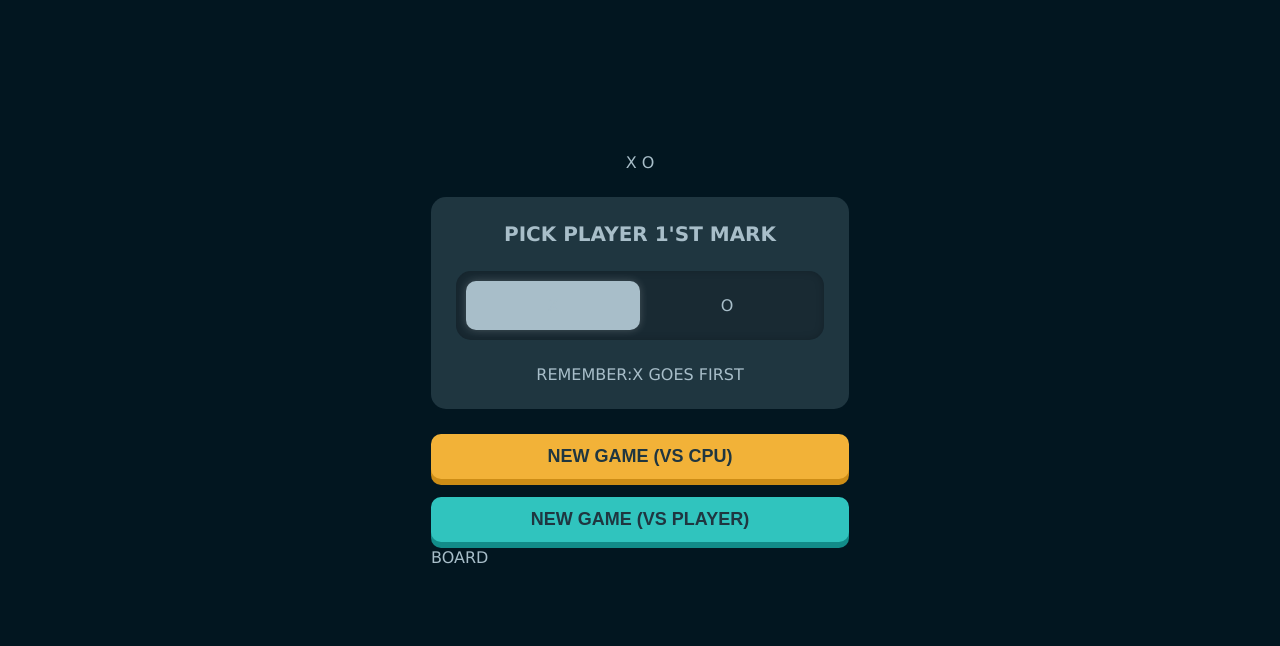
Repository: SD-Mdouka/XO_GAME
Page: /
The author's editor kept a copy of each file at every save. The page is drawn from the files as they stood at one save, then again after the next save.
The browser window is 1280 px wide. The pictures show the whole page.
The project was rebuilt for these pictures with package versions that can differ from the ones it lists, and the page was loaded fresh each time.

Above is the page before, as saved 2022-08-29 15:10:35.

After the next save:
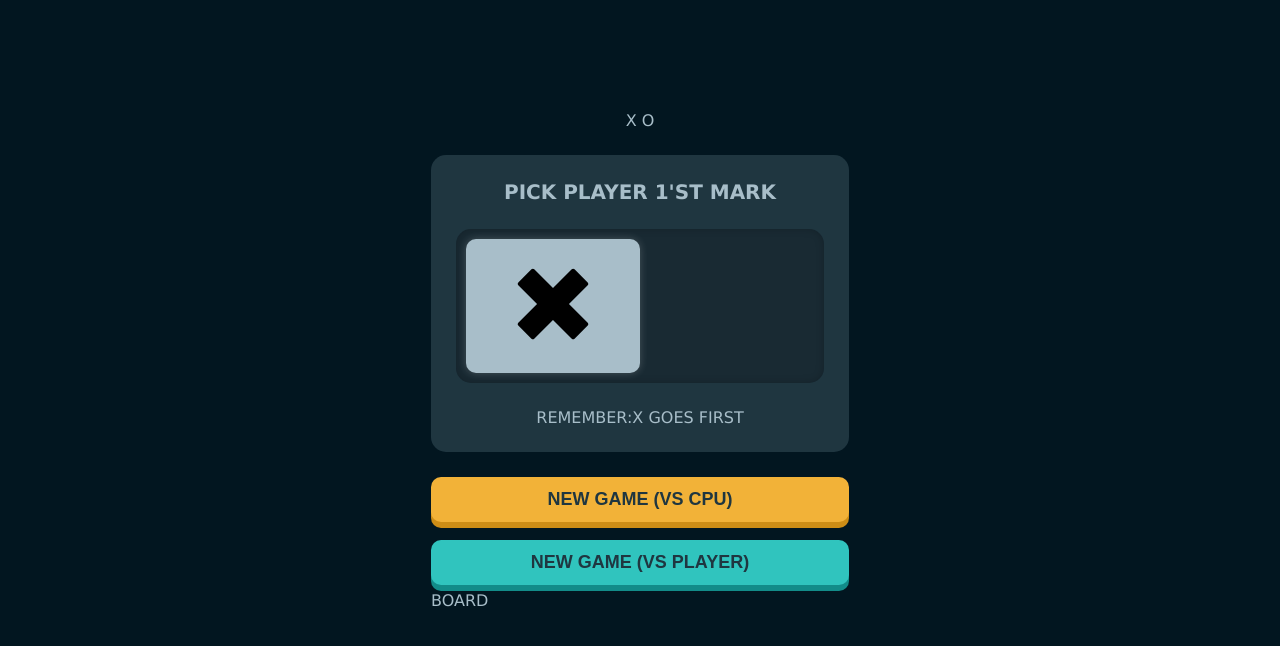
Saved 4 min 29 s later.
--- a/src/component/start/Start.js
+++ b/src/component/start/Start.js
@@ -1,4 +1,6 @@
 import React from "react";
+import Xicons from "../icons/Xicons";
+import Oicons from "../icons/Oicons";
 
 const Start = () => {
   return (
@@ -7,8 +9,12 @@ const Start = () => {
       <div className="card shadow-gray">
         <h1 className="text-lg">Pick Player 1'st mark</h1>
         <div className="start__players">
-          <span className="start__players--active">x</span>
-          <span>o</span>
+          <span className="start__players--active">
+            <Xicons />
+          </span>
+          <span>
+            <Oicons />
+          </span>
         </div>
         <p className="text-light">remember:x goes first</p>
       </div>
